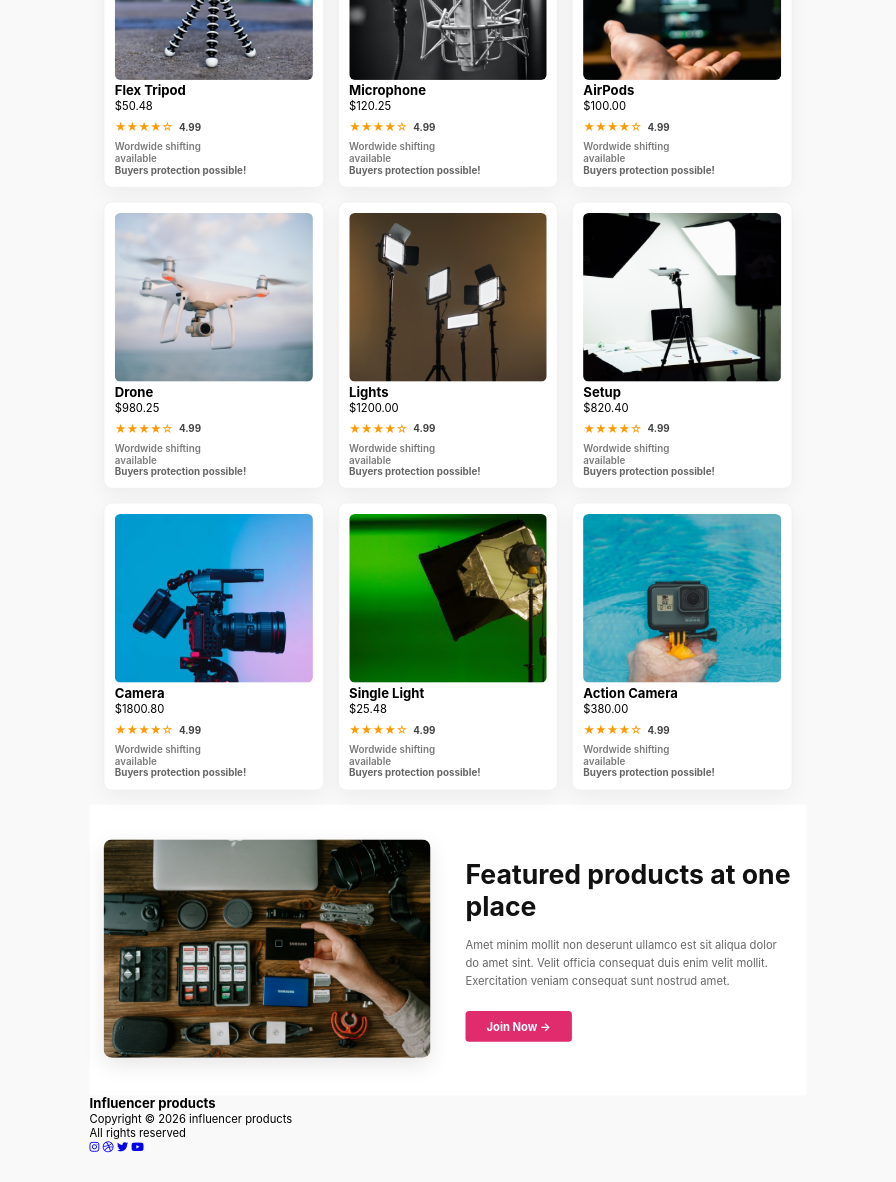
Repository: Saiful21Islam/Influencer-products
Page: it.html
An editor plug-in stored every save of this project. The page is shown before and after a run of saves, followed by the edit.
The browser window is 1280 px wide. The pictures show the part of the page from y = 1163 to 3083 px (the page is 2851 px tall before and 3083 px after), at 70% of full size.

Above is the page before, as saved 2026-03-11 12:18:04.

### it.html
<!DOCTYPE html>
<html lang="en">

<head>
    <meta charset="UTF-8">
    <meta name="viewport" content="width=device-width, initial-scale=1.0">
    <title>Influencer Products</title>
    <link rel="stylesheet" href="style.css">
    <link rel="stylesheet" href="https://cdnjs.cloudflare.com/ajax/libs/font-awesome/6.0.0/css/all.min.css">
</head>
<style>
    * {
        margin: 0;
        padding: 0;
        box-sizing: border-box;
        font-family: 'Inter', sans-serif;
    }

    body {
        background-color: #f9f9f9;
        padding: 40px 10%;
    }

    .product-grid {
        display: grid;
        grid-template-columns: repeat(3, 1fr);
        gap: 30px;
    }

    .product-card {
        background: #fff;
        padding: 15px;
        border-radius: 12px;
        text-align: left;
        box-shadow: 0 10px 30px rgba(0, 0, 0, 0.05);
        transition: 0.3s;
    }

    .product-card:hover {
        transform: translateY(-5px);
    }

    .thumbnail {
        width: 100%;
        height: auto;
        border-radius: 8px;
        overflow: hidden;
        margin-bottom: 15px;
    }

    .thumbnail img {
        width: 100%;
        height: 100%;
        object-fit: cover;
    }

    .card-content h3 {
        font-size: 22px;
        color: #3A3A3A;
        margin-bottom: 5px;
    }

    .price {
        font-size: 20px;
        font-weight: 500;
        margin-bottom: 10px;
    }

    .rating {
        display: flex;
        align-items: center;
        gap: 5px;
        margin-bottom: 10px;
    }

    .rating i {
        color: #FF9800;
        font-size: 14px;
    }

    .rating-number {
        color: #787885;
        font-size: 14px;
    }

    .desc {
        color: #787885;
        font-size: 14px;
        line-height: 1.5;
    }

    @media (max-width: 768px) {
        .product-grid {

            grid-template-columns: repeat(1, 1fr);
        }
    }
</style>

<body>

    <nav class="navbar">
        <a href="#" class="logo">Influencer products</a>
        <ul class="nav-links">
            <li><a href="#">Home</a></li>
            <li><a href="#">Products</a></li>
            <li><a href="#">Sign up</a></li>
            <li><a href="#">Log In</a></li>
            <div class="nav-icons">
                <i class="fa-solid fa-magnifying-glass"></i>
                <div class="cart-icon"><i class="fa-solid fa-cart-shopping"></i><span class="cart-dot"></span></div>
            </div>
        </ul>
    </nav>

    <header class="hero">
        <div class="hero-content">
            <h1>Start your Journey as Influencer</h1>
            <p>Lorem ipsum dolor sit amet, consectetur adipiscing elit. Sem vestibulum sed scelerisque eros. Lectus
                faucibus.</p>
            <a href="#" class="btn-pink">Preebook now <i class="fa-solid fa-arrow-right"></i></a>
        </div>
        <div class="hero-image-container">
            <img src="images/Circle design.svg" alt="Circle Background" class="circle-image">

            <img src="images/main-camera.png" alt="Fujifilm Camera" class="camera-image">
        </div>
        </div>
        </div>
    </header>

    <section class="brand-section">
        <div class="logos-container">
            <img src="logos/Alibaba.svg" alt="Brands">
            <img src="logos/amazon.svg" alt="Brands">
            <img src="logos/Daraz.pk Logo.svg" alt="Brands">
            <img src="logos/ebay.svg" alt="Brands">
            <img src="logos/Rakuten.svg" alt="Brands">
            <img src="logos/Target.svg" alt="Brands">
            <img src="logos/Walmart.svg" alt="Brands">
        </div>
    </section>

    <section class="collection-section">
        <h2 class="title">Popular Collection</h2>
        <div class="product-container">
            <div class="product-card">
                <img src="images/tripod.png" alt="Tripod">
                <h3>Flex Tripod</h3>
                <p>$50.48</p>
                <div class="stars">
                    ★★★★☆ <span class="rating-num">4.99</span>
                </div>

                <p class="details">Wordwide shifting</p>
                <p class="details">available</p>
                <p class="details">Buyers protection possible!</p>
            </div>

            <div class="product-card">
                <img src="images/mic.png" alt="Microphone">
                <h3>Microphone</h3>
                <p>$120.25</p>
                <div class="stars">
                    ★★★★☆ <span class="rating-num">4.99</span>
                </div>

                <p class="details">Wordwide shifting</p>
                <p class="details">available</p>
                <p class="details">Buyers protection possible!</p>
            </div>

            <div class="product-card">
                <img src="images/airpod.png" alt="airpod">
                <h3>AirPods</h3>
                <p>$100.00</p>
                <div class="stars">
                    ★★★★☆ <span class="rating-num">4.99</span>
                </div>

                <p class="details">Wordwide shifting</p>
                <p class="details">available</p>
                <p class="details">Buyers protection possible!</p>
            </div>

            <div class="product-card">
                <img src="images/drone.png" alt="drone">
                <h3>Drone</h3>
                <p>$980.25</p>
                <div class="stars">
                    ★★★★☆ <span class="rating-num">4.99</span>
                </div>

                <p class="details">Wordwide shifting</p>
                <p class="details">available</p>
                <p class="details">Buyers protection possible!</p>
            </div>

            <div class="product-card">
                <img src="images/lights.png" alt="Lights">
                <h3>Lights</h3>
                <p>$1200.00</p>
                <div class="stars">
                    ★★★★☆ <span class="rating-num">4.99</span>
                </div>

                <p class="details">Wordwide shifting</p>
                <p class="details">available</p>
                <p class="details">Buyers protection possible!</p>
            </div>

            <div class="product-card">
                <img src="images/setup.png" alt="Setup">
                <h3>Setup</h3>
                <p>$820.40</p>
                <div class="stars">
                    ★★★★☆ <span class="rating-num">4.99</span>
                </div>

                <p class="details">Wordwide shifting</p>
                <p class="details">available</p>
                <p class="details">Buyers protection possible!</p>
            </div>

            <div class="product-card">
                <img src="images/camera.png" alt="Camera">
                <h3>Camera</h3>
                <p>$1800.80</p>
                <div class="stars">
                    ★★★★☆ <span class="rating-num">4.99</span>
                </div>

                <p class="details">Wordwide shifting</p>
                <p class="details">available</p>
                <p class="details">Buyers protection possible!</p>
            </div>

            <div class="product-card">
                <img src="images/single-light.png" alt="Single Light">
                <h3>Single Light</h3>
                <p>$25.48</p>
                <div class="stars">
                    ★★★★☆ <span class="rating-num">4.99</span>
                </div>

                <p class="details">Wordwide shifting</p>
                <p class="details">available</p>
                <p class="details">Buyers protection possible!</p>
            </div>

            <div class="product-card">
                <img src="images/action.png" alt="Action Camera">
                <h3>Action Camera</h3>
                <p>$380.00</p>
                <div class="stars">
                    ★★★★☆ <span class="rating-num">4.99</span>
                </div>

                <p class="details">Wordwide shifting</p>
                <p class="details">available</p>
                <p class="details">Buyers protection possible!</p>
            </div>

        </div>
    </section>
    </section>
    <section class="featured-section">
        <div class="featured-container">
            <div class="featured-image">
                <img src="images/gear.png" alt="Featured Gear">
            </div>

            <div class="featured-content">
                <h2>Featured products at one place</h2>
                <p>Amet minim mollit non deserunt ullamco est sit aliqua dolor do amet sint. Velit officia consequat
                    duis enim velit mollit. Exercitation veniam consequat sunt nostrud amet.</p>
                <a href="#" class="join-btn">Join Now &rarr;</a>
            </div>
        </div>
    </section>
    <footer class="influencer-footer">
    <h3>Influencer products</h3>
    <p>Copyright © 2026 influencer products <br> All rights reserved</p>

    <div class="footer-social-icons">
        <a href="#"><i class="fa-brands fa-instagram"></i></a>
        <a href="#"><i class="fa-brands fa-dribbble"></i></a>
        <a href="#"><i class="fa-brands fa-twitter"></i></a>
        <a href="#"><i class="fa-brands fa-youtube"></i></a>
    </div>
</footer>
</body>

</html>

### style.css
.hero {
    display: flex;
    align-items: center;
    justify-content: space-around;
    padding: 50px 10%;
    background-color: #fff;
    min-height: 80vh;
    flex-wrap: wrap;
}

.hero-content {
    flex: 1;
    min-width: 300px;
}

.hero-content h1 {
    font-size: 52px;
    line-height: 1.2;
    margin-bottom: 20px;
    color: #3A3A3A;
}

.hero-content p {
    font-size: 16px;
    color: #6C6C6C;
    margin-bottom: 30px;
    max-width: 450px;
}

.btn-pink {
    background-color: #E02C6D;
    color: white;
    padding: 12px 25px;
    text-decoration: none;
    border-radius: 50px;
    font-weight: bold;
    display: inline-block;
}

.hero-image-container {
    flex: 1;
    position: relative;
    display: flex;
    justify-content: center;
    align-items: center;
    min-width: 300px;
}

.camera-image {
    width: 100%;
    max-width: 450px;
    position: relative;
    z-index: 2;
}

.circle-image {
    position: absolute;
    width: 110%;
    z-index: 1;
}

@media (max-width: 768px) {
    .hero {
        flex-direction: column-reverse;
        text-align: center;
        padding: 30px 5%;
    }
    .hero-content {
        margin-top: 30px;
    }
    .hero-content h1 {
        font-size: 32px;
    }
    .hero-image-container {
        width: 100%;
    }
    .camera-image {
        max-width: 300px;
    }
}
{
    margin: 0;
    padding: 0;
    box-sizing: border-box;
    font-family: 'Inter', sans-serif;
}

/* Navbar */
.navbar {
    display: flex;
    justify-content: space-between;
    padding: 20px 10%;
    align-items: center;
}
.logo { font-size: 24px; font-weight: bold; color: #3A3A3A; text-decoration: none; }
.nav-links { display: flex; list-style: none; align-items: center; }
.nav-links li { margin-left: 25px; }
.nav-links a { text-decoration: none; color: #3A3A3A; font-weight: 500; }
.nav-icons { display: flex; margin-left: 20px; gap: 20px; font-size: 18px; }

/* Hero */
.hero {
    display: flex;
    padding: 50px 10%;
    align-items: center;
}
.hero-content h1 { font-size: 52px; color: #3A3A3A; margin-bottom: 15px; }
.btn-pink {
    background: #E02C6D;
    color: white;
    padding: 10px 25px;
    border-radius: 50px;
    text-decoration: none;
    display: inline-block;
    margin-top: 20px;
}
.hero-image img { width: 400px; }

/* Brands */
.brand-section {
    padding: 40px 10%;
    border-top: 1px solid #eee;
    border-bottom: 1px solid #eee;
    margin: 50px 0;
}

.logos-container {
    display: flex;
    justify-content: space-between;
    align-items: center;
    flex-wrap: wrap;
}

.logos-container img {
    height: 35px;
    width: auto;
}

.hero-image-container {
    position: relative;
    width: 500px;
    height: 500px;
    display: flex;
    justify-content: center;
    align-items: center;
}

.circle-image {
    position: absolute;
    width: 450px;
    height: auto;
    z-index: 1;
    opacity: 0.8;
}
.camera-image {
    position: relative;
    width: 100%;
    max-width: 480px;
    z-index: 2;
    filter: drop-shadow(0 20px 30px rgba(0,0,0,0.1));
}

.product-container {
  display: flex;
  flex-wrap: wrap;
  gap: 20px;
  justify-content: center;
  padding: 20px;
}

.product-card {
  flex: 1 1 310px;
  max-width: 350px;
  background: #fff;
  border: 1px solid #eee;
  border-radius: 12px;
  padding: 15px;
  box-shadow: 0 5px 15px rgba(0,0,0,0.05);
  transition: transform 0.3s ease;
}

.product-card:hover {
  transform: translateY(-5px);
}

.product-card img {
  width: 100%;
  height: auto;
  border-radius: 8px;
}

@media (max-width: 768px) {
  .product-container {
    gap: 15px;
    padding: 10px;
  }
}

@media (max-width: 480px) {
  .product-card {
    flex: 1 1 100%;
    max-width: 100%;
    margin: 0 auto;
  }
}

.stars {
    display: flex;
    align-items: center;
    color: #FF9900;
    font-size: 16px;
    margin: 10px 0;
}

.star-half {
    position: relative;
    display: inline-block;
    color: #ccc;
}

.star-half::after {
    content: '★';
    position: absolute;
    left: 0;
    top: 0;
    width: 50%;
    overflow: hidden;
    color: #FF9900;
}

.rating-num {
    color: #444;
    font-size: 14px;
    font-weight: bold;
    margin-left: 8px;
}

.details {
    font-size: 14px;
    color: #7a7a7a;
    margin: 0;
    line-height: 1.2;
    font-weight: 600;
}

.details:last-child {
    font-weight: 700;
    color: #666;
}

.title {
    text-align: center;
    font-size: 28px;
    font-weight: 700;
    color: #333;
    margin-bottom: 40px;
}

.featured-section {
    padding: 50px 20px;
    background-color: #fff;
}

.featured-container {
    max-width: 1100px;
    margin: 0 auto;
    display: flex;
    align-items: center;
    gap: 50px;

.featured-image {
    flex: 1;
}

.featured-image img {
    width: 100%;
    border-radius: 12px;
    box-shadow: 0 10px 30px rgba(0,0,0,0.1);
}

.featured-content {
    flex: 1;
}

.featured-content h2 {
    font-size: 38px;
    color: #111;
    margin-bottom: 20px;
}

.featured-content p {
    font-size: 16px;
    color: #666;
    line-height: 1.6;
    margin-bottom: 30px;
}

.join-btn {
    display: inline-block;
    background-color: #E02C6D;
    color: white;
    padding: 12px 30px;
    text-decoration: none;
    font-weight: bold;
    border-radius: 5px;
    transition: 0.3s;
}

.join-btn:hover {
    background-color: #c2255c;
}

@media (max-width: 768px) {
    .featured-container {
        flex-direction: column;
        text-align: center;
        gap: 30px;
    }
    .featured-content h2 {
        font-size: 28px;
    }
}

After the next 6 saves:
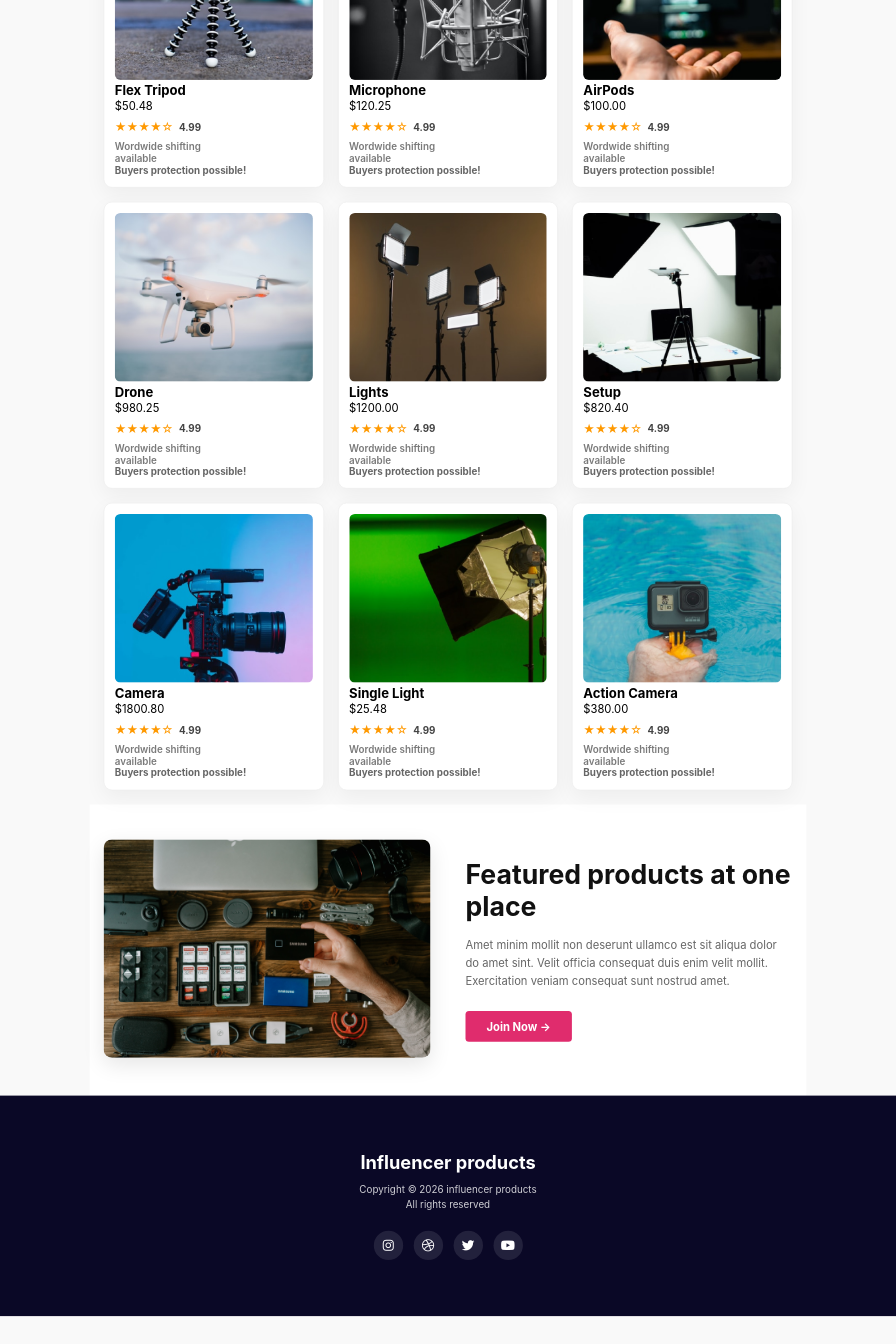
The 6 saves are shown as one change because they came seconds apart.
The last was saved 26 s later.
--- a/it.html
+++ b/it.html
@@ -289,6 +289,63 @@
         <a href="#"><i class="fa-brands fa-youtube"></i></a>
     </div>
 </footer>
+<style>
+    /* পুরো ফুটারকে ডার্ক করার জন্য */
+.influencer-footer {
+    background-color: #0A0826 !important; /* ছবির হুবহু কালার */
+    color: white !important;
+    text-align: center;
+    padding: 80px 0; /* ছবির মতো অনেকখানি জায়গা থাকবে */
+
+    /* নিচের অংশটুকু ফুটারকে ফুল স্ক্রিন করবে */
+    width: 100vw;
+    position: relative;
+    left: 50%;
+    right: 50%;
+    margin-left: -50vw;
+    margin-right: -50vw;
+    box-sizing: border-box;
+}
+
+.influencer-footer h3 {
+    font-size: 26px;
+    font-weight: bold;
+    margin-bottom: 12px;
+}
+
+.influencer-footer p {
+    font-size: 14px;
+    opacity: 0.8;
+    line-height: 1.6;
+    margin-bottom: 25px;
+}
+
+/* আইকনগুলো ছবির মতো গোল করা */
+.footer-social-icons {
+    display: flex;
+    justify-content: center;
+    gap: 15px;
+}
+
+.footer-social-icons a {
+    color: white;
+    background: rgba(255, 255, 255, 0.1); /* হালকা গোল ব্যাকগ্রাউন্ড */
+    width: 42px;
+    height: 42px;
+    display: flex;
+    align-items: center;
+    justify-content: center;
+    border-radius: 50%;
+    text-decoration: none;
+    font-size: 18px;
+    transition: 0.3s ease;
+}
+
+.footer-social-icons a:hover {
+    background: rgba(255, 255, 255, 0.2);
+    transform: translateY(-3px);
+}
+</style>
 </body>
 
 </html>
